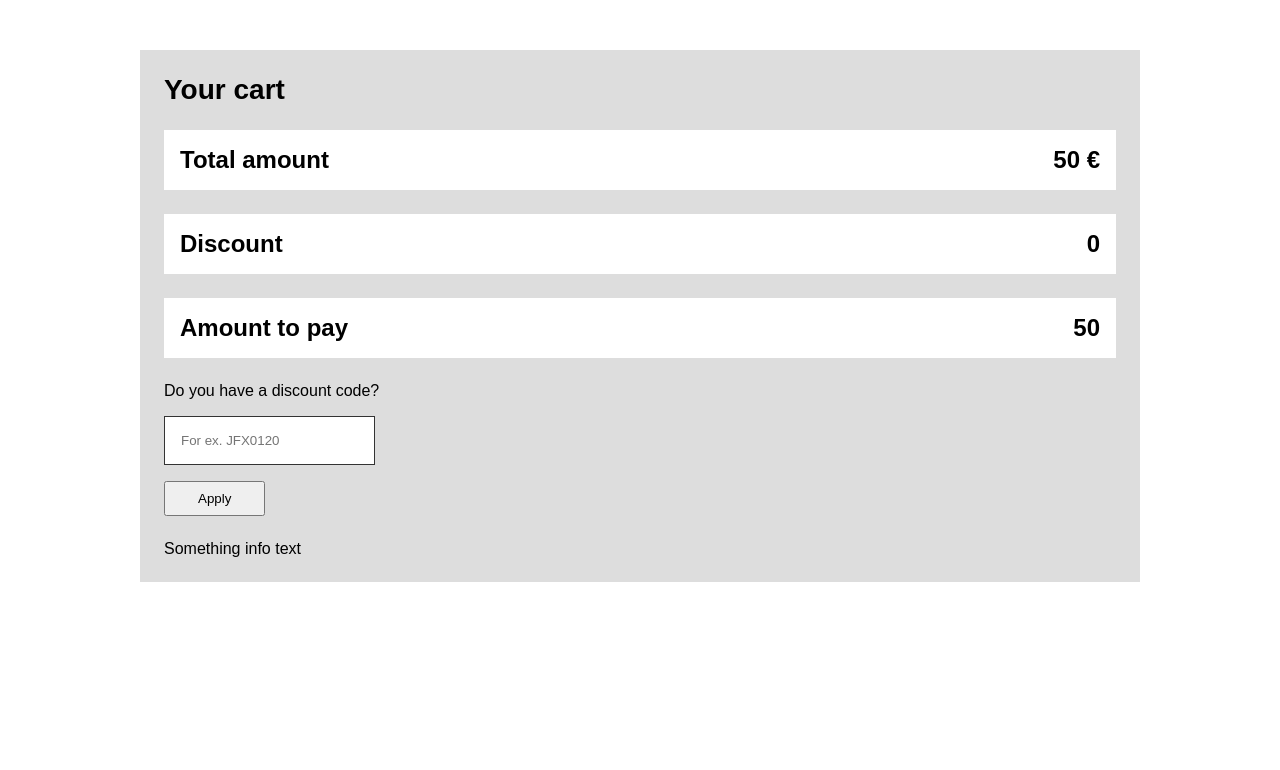
Repository: kcvijay/cart-discoutcodes
Page: /
The author's editor kept a copy of each file at every save. The page is drawn from the files as they stood at one save, then again after the next save.
The browser window is 1280 px wide. The pictures show the whole page.
The project was rebuilt for these pictures with package versions that can differ from the ones it lists, and the page was loaded fresh each time. Also part of the build but not shown: src/App.css.

Above is the page before, as saved 2023-05-17 12:47:39.

### public/index.html
<!DOCTYPE html>
<html lang="en">
  <head>
    <meta charset="utf-8" />
    <link rel="icon" href="%PUBLIC_URL%/favicon.ico" />
    <meta name="viewport" content="width=device-width, initial-scale=1" />
    <meta name="theme-color" content="#000000" />
    <meta
      name="description"
      content="Discount Codes searching, fetching and enabling for the cart system."
    />
    <link rel="apple-touch-icon" href="%PUBLIC_URL%/logo192.png" />
    <link rel="manifest" href="%PUBLIC_URL%/manifest.json" />
    <title>Discount Codes for Cart</title>
  </head>
  <body>
    <noscript>You need to enable JavaScript to run this app.</noscript>
    <div id="root"></div>

  </body>
</html>

### src/index.css
* {
  margin: 0;
  padding: 0;
  box-sizing: border-box;
  scroll-behavior: smooth;
}

body {
  max-width: 100vw;
  min-height: 100vh;
  font-family: Arial, Helvetica, sans-serif;
}

.main-wrapper {
  max-width: 1000px;
  min-height: auto;
  background-color: #ddd;
  margin: 50px auto;
  padding: 1.5rem;
}

.content-header {
  font-size: 1.75rem;
  margin-bottom: 1.5rem;
}

.detail-block {
  display: flex;
  justify-content: space-between;
  padding: 1rem;
  background: #fff;
  margin-bottom: 1.5rem;
}
/****/
/****/

form {
  margin-bottom: 1.5rem;
}

form label {
  display: block;
  margin-bottom: 1rem;
}

form input {
  padding: 1rem;
  font-family: inherit;
  min-width: 200px;
  border: 1px solid #333;
}

form button {
  display: block;
  margin-top: 1rem;
  padding: .5rem 2rem;
  font-family: inherit;
}

### src/App.tsx
import React from "react";
import "./App.css";
import CartInput from "./CartInput";

function App() {
  return (
    <div className="App">
      <CartInput />
    </div>
  );
}

export default App;

### src/CartInput.tsx
import React, { useState } from "react";
import axios from "axios";

interface Codes {
  code: string;
  isUsed: boolean;
  discountPercentage: number;
  validUntil: Date;
}

const CartInput = () => {
  const [isLoading, setIsLoading] = useState<boolean>(false);
  const [totalAmount, setTotalAmount] = useState<number>(50);
  const [discountPercent, setDiscountPercent] = useState<number>(0);
  const [amountToBePaid, setAmountToBePaid] = useState<number>(totalAmount);
  const [discountCodes, setDiscountCodes] = useState<Codes[]>([]);
  const [searchValue, setSearchValue] = useState<string>("");

  const handleSearchDiscountCode = async () => {
    setIsLoading(true);
    try {
      const res = await axios.get("http://localhost:4000/discountCodes");
      const codeData = res.data;
      setDiscountCodes(codeData);
      setIsLoading(false);
    } catch (error: any) {
      alert(error.message);
    }
  };

  const handleSearchChange = (e: React.ChangeEvent<HTMLInputElement>) => {
    setSearchValue(e.target.value);
  };

  const handleDiscountApplication = async (e: any) => {
    e.preventDefault();
    handleSearchDiscountCode();

    if (discountCodes.length > 0) {
      discountCodes.map((codeset) => {
        if (codeset.code === searchValue.toUpperCase() && !codeset.isUsed) {
          setDiscountPercent(codeset.discountPercentage);
        }
      });
    }
  };

  return (
    <div className="main-wrapper">
      <h2 className="content-header">Your cart</h2>
      <div className="detail-block">
        <h2>Total amount</h2>
        <h2>{totalAmount} €</h2>
      </div>
      <div className="detail-block">
        <h2>Discount</h2>
        <h2>{totalAmount * discountPercent}</h2>
      </div>
      <div className="detail-block">
        <h2>Amount to pay</h2>
        <h2>{totalAmount - totalAmount * discountPercent}</h2>
      </div>

      <form>
        <label htmlFor="discountCode">Do you have a discount code?</label>
        <input
          type="text"
          name="discountCode"
          id="discountCode"
          placeholder="For ex. JFX0120"
          onChange={handleSearchChange}
        />
        <button type="submit" onClick={handleDiscountApplication}>
          Apply
        </button>
      </form>
      <p className="info-text">Something info text</p>
    </div>
  );
};

export default CartInput;

Loaded but not shown: src/index.tsx (common file); src/reportWebVitals.ts (common file)

After the next save:
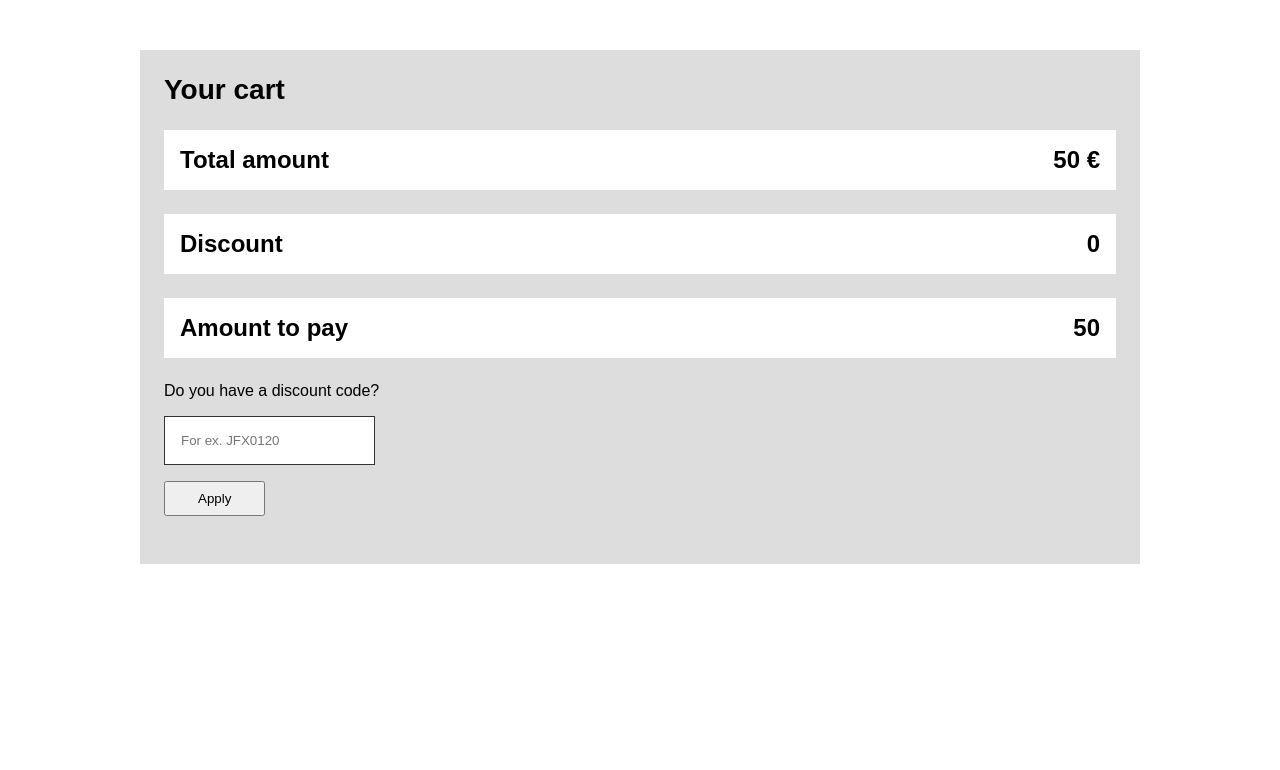
Saved 2 min 33 s later.
--- a/src/CartInput.tsx
+++ b/src/CartInput.tsx
@@ -15,6 +15,7 @@ const CartInput = () => {
   const [amountToBePaid, setAmountToBePaid] = useState<number>(totalAmount);
   const [discountCodes, setDiscountCodes] = useState<Codes[]>([]);
   const [searchValue, setSearchValue] = useState<string>("");
+  const [infoText, setInfoText] = useState<string>("");
 
   const handleSearchDiscountCode = async () => {
     setIsLoading(true);
@@ -40,6 +41,11 @@ const CartInput = () => {
       discountCodes.map((codeset) => {
         if (codeset.code === searchValue.toUpperCase() && !codeset.isUsed) {
           setDiscountPercent(codeset.discountPercentage);
+          return setInfoText(
+            `${codeset.discountPercentage * 100}% discount is applied.`
+          );
+        } else {
+          setInfoText("Discount code either is not valid or used already.");
         }
       });
     }
@@ -74,7 +80,7 @@ const CartInput = () => {
           Apply
         </button>
       </form>
-      <p className="info-text">Something info text</p>
+      <p className="info-text">{infoText}</p>
     </div>
   );
 };
